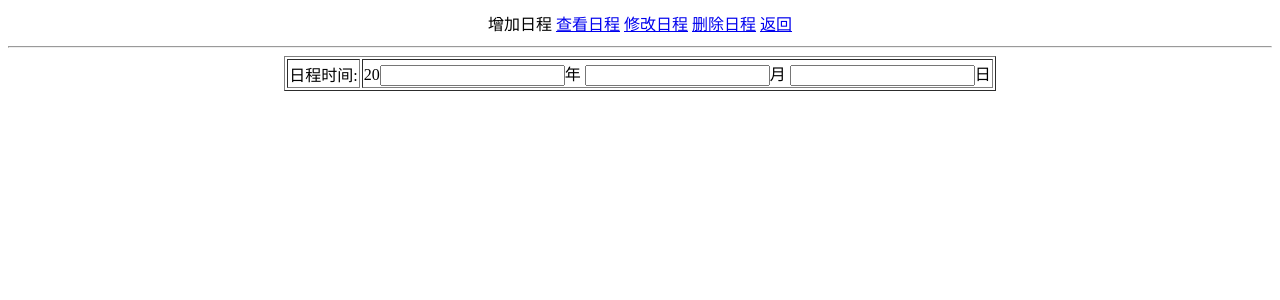
Repository: zy840055899/old-workspace
Page: http://localhost/PIMS/dateManager/addDate.jsp
These files come from the project's save history. The page is drawn as it stood at one moment and after the next save; the edit follows.
The browser window is 1280 px wide. The pictures show the whole page.
The page is served by Tomcat 9.

Above is the page before, as saved 2014-03-17 04:04:59.

After the next save:
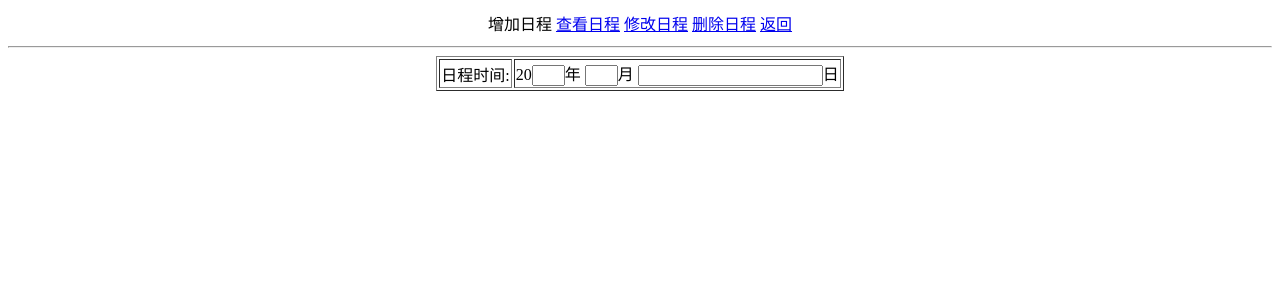
Saved 84 s later.
--- a/PIMS/WebContent/dateManager/addDate.jsp
+++ b/PIMS/WebContent/dateManager/addDate.jsp
@@ -29,8 +29,8 @@
 <tr>
 <td>日程时间:</td>
 <td>
-20<input type="text" name="year" value="">年
-<input type="text" name="month" value="">月
+20<input type="text" size="1" name="year" value="">年
+<input type="text" size="1" name="month" value="">月
 <input type="text" name="day" value="">日
 </td>
 </tr>
